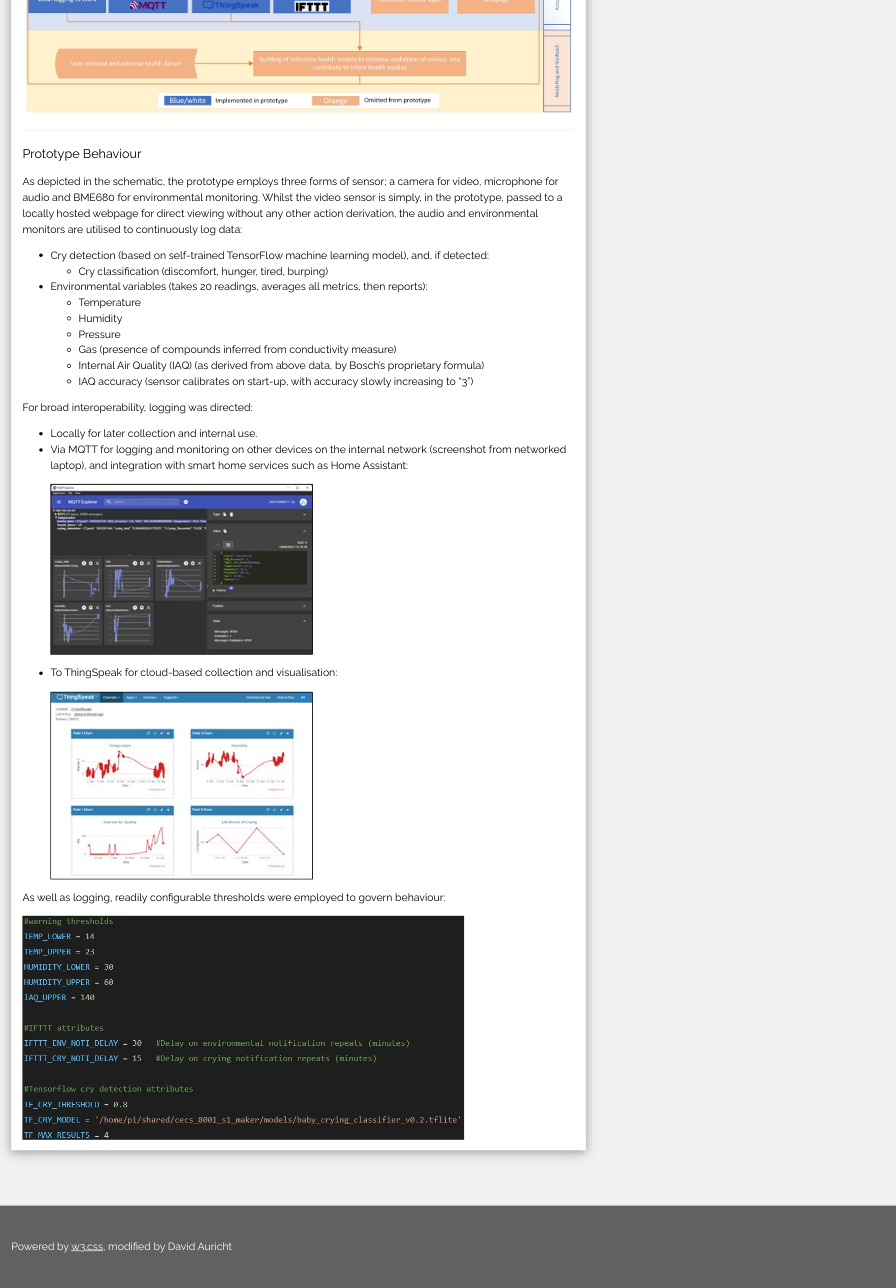
Repository: TodaysSawyer/cecs_8001_journal
Page: CECS_8001_build_journal/maker_project.html
These files come from the project's save history. The page is drawn as it stood at one moment and after the next save; the edit follows.
The browser window is 1280 px wide. The pictures show the part of the page from y = 1445 to 3365 px (the page is 3285 px tall before and 3365 px after), at 70% of full size.

Above is the page before, as saved 2022-08-23 10:39:50.

### CECS_8001_build_journal/maker_project.html
<!--Site layout and design credit goes to W3 Schools' "Blog template" from https://www.w3schools.com/w3css/tryw3css_templates_blog.htm-->
<!--Modifications and content by David Auricht-->

<!DOCTYPE html>
<html>
<head>
<title>David Auricht's Cybernetics Build Journal</title>
<meta charset="UTF-8">
<meta name="viewport" content="width=device-width, initial-scale=1">
<link rel="stylesheet" href="https://www.w3schools.com/w3css/4/w3.css">
<link rel="stylesheet" href="https://fonts.googleapis.com/css?family=Raleway">
<style>
body,h1,h2,h3,h4,h5 {font-family: "Raleway", sans-serif}
</style>
</head>
<body class="w3-light-grey">

<!-- w3-content defines a container for fixed size centered content,
and is wrapped around the whole page content, except for the footer in this example -->
<div class="w3-content" style="max-width:1400px">

<!-- Header -->
<header class="w3-container w3-center w3-padding-32">
  <h1><b>Master of Applied Cybernetics - CECS8001 – Build Journey</b></h1>
  <p>David Auricht - U7446851</p>
</header>

<!-- Grid -->
<div class="w3-row">

<!-- Blog entries -->
<div class="w3-col l8 s12">
  <!-- Blog entry -->
  <div class="w3-card-4 w3-margin w3-white">
    <div class="w3-container">
      <h3><b>Maker Project</b></h3>
    </div>

    <div class="w3-container">
      <h6>Covered: Skills 1, 2, 3</h6>
      <p>The Individual Maker Project was a key pressing matter and drew upon, to varying degrees, all three target skills. With a goal of building a “cybernetic” baby monitor, and in order of skills, I would need:</p>
      <ol>
        <li>Coding - writing a large library of bespoke Python, operating on a Raspberry Pi to support key objectives of environmental monitoring, cry detection and classification utilising a machine learning model, data logging and smart notifications, and a real-time video stream.</li>
        <li>Physical “making” - soldering sensors and mounting components.</li>
        <li>Project managing - setting a defined set of goals, working to an iterative model that aims to ensure a functional product at multiple intervals in line with hitting a strict demo-day deadline.</li>
      </ol>
      <p>I found myself barrelling down ever more rabbit holes as I iterated from a simple BME280-based environmental sensor to a fully-featured prototype. To extract from CECS6001 Assessment 2B writings:</p>
      <i>
        <p>In the prototype phase, boundaries of the product will be strictly defined by the creator. In particular, the functions that sit outside these boundaries are:</p>
        <ul>
          <li>Implementation of only a single degree of machine-learning enabled monitoring (audio).</li>
          <li>No dedicated web interface (although camera feed was made available in a simple webform).</li>
          <li>No dedicated applications for direct mobile interfacing.</li>
          <li>No analysis of captured data or cross-referencing with health studies and outcomes.</li>
          <li>No “feedback” of captured data or data analysis into the models and processes.</li>
        </ul>
        <p>Further to this, the physical design of the prototype is limited as a bare Raspberry Pi with USB microphone, wired and bare environmental sensor, and ribbon-connected, unhoused, camera.  The lack of housing, and inability to suitably mount the sensors without utilising twisted wire, is far from marketable or usable in an average household scenario.</p>
      </i>
      <p>Please refer to the following page for a schematic of the Maker Project, covering ultimate goal and prototype implementation, and feel free to review the committed code at <a href="https://gitlab.cecs.anu.edu.au/u7446851/cecs_8001_s1_maker" target="_blank">https://gitlab.cecs.anu.edu.au/u7446851/cecs_8001_s1_maker</a>(please ask me for access as required, as I’m not comfortable with making it public in the present state).</p>
      <p><a href = "maker_schematic.jpg" target = "_blank"><img src="maker_schematic.jpg" alt="Maker project: Overall schematic" style="width:100%" ></a></p>
      <hr>

      <h5>Prototype Behaviour</h5>
      <p>As depicted in the schematic, the prototype employs three forms of sensor; a camera for video, microphone for audio and BME680 for environmental monitoring. Whilst the video sensor is simply, in the prototype, passed to a locally hosted webpage for direct viewing without any other action derivation, the audio and environmental monitors are utilised to continuously log data:</p>
      <ul>
        <li>Cry detection (based on self-trained TensorFlow machine learning model), and, if detected:</li>
        <ul>
          <li>Cry classification (discomfort, hunger, tired, burping)</li>
        </ul>
        <li>Environmental variables (takes 20 readings, averages all metrics, then reports):</li>
        <ul>
          <li>Temperature</li>
          <li>Humidity</li>
          <li>Pressure</li>
          <li>Gas (presence of compounds inferred from conductivity measure)</li>
          <li>Internal Air Quality (IAQ) (as derived from above data, by Bosch’s proprietary formula)</li>
          <li>IAQ accuracy (sensor calibrates on start-up, with accuracy slowly increasing to “3”)</li>
        </ul>
      </ul>
      <p>For broad interoperability, logging was directed:</p>
      <ul>
        <li>Locally for later collection and internal use.</li>
        <li>Via MQTT for logging and monitoring on other devices on the internal network (screenshot from networked laptop), and integration with smart home services such as Home Assistant:</li>
        <p><img src="maker_mqtt.jpg" alt="Maker project: MQTT logging" style="width:50%" class="center"></p>
        <li>To ThingSpeak for cloud-based collection and visualisation:</li>
        <p><img src="maker_ts.jpg" alt="Maker project: ThingSpeak logging" style="width:50%" class="center"></p>
      </ul>
      <p>As well as logging, readily configurable thresholds were employed to govern behaviour:</p>
      <p><img src="maker_config.jpg" alt="Maker project: Configuration" style="width:80%" class="center"></p>


    </div>
  </div>
  <hr>
<!-- END BLOG ENTRIES -->
</div>

<!-- Sidebar -->
<div class="w3-col l4">
  <!-- About Card -->
  <div class="w3-card w3-margin w3-margin-top">
  <img src="home_dave_profile.jpg" style="width:100%">
    <div class="w3-container w3-white">
      <h4><b>Dave</b></h4>
      <p>"Recovering Professional Cynic"</p>
      <p>With a background in software testing, and management thereof, I come to the programme loking to hone broader interests in modern and emerging technologies and the benefits I hope they can provide to society.</p>
    </div>
  </div><hr>

  <!-- Posts -->
  <div class="w3-card w3-margin">
    <div class="w3-container w3-padding">
      <h4>Entries</h4>
    </div>
    <ul class="w3-ul w3-hoverable w3-white">
      <li>
         <a href="index.html" target="_self">
         <img src="sidebar_intro_icon.jpg" alt="Image" class="w3-left w3-margin-right" style="width:50px">
         <span class="w3-large">Intro</span><br>
         <span>An introduction to myself and my journal.</span>
         </a>
      </li>
      <li>
        <a href="skills.html" target="_self">
        <img src="skills_balloon.jpg" alt="Image" class="w3-left w3-margin-right" style="width:50px">
        <span class="w3-large">Skills</span><br>
        <span>An overview of "build" skills to be developed</span>
        </a>
     </li>
    </ul>
  </div>
  <hr>

<!-- END Sidebar -->
</div>

<!-- END GRID -->
</div><br>

<!-- END w3-content -->
</div>

<!-- Footer -->
<footer class="w3-container w3-dark-grey w3-padding-32 w3-margin-top">
  <p>Powered by <a href="https://www.w3schools.com/w3css/default.asp" target="_blank">w3.css</a>, modified by David Auricht</p>
</footer>

</body>
</html>

After the next save:
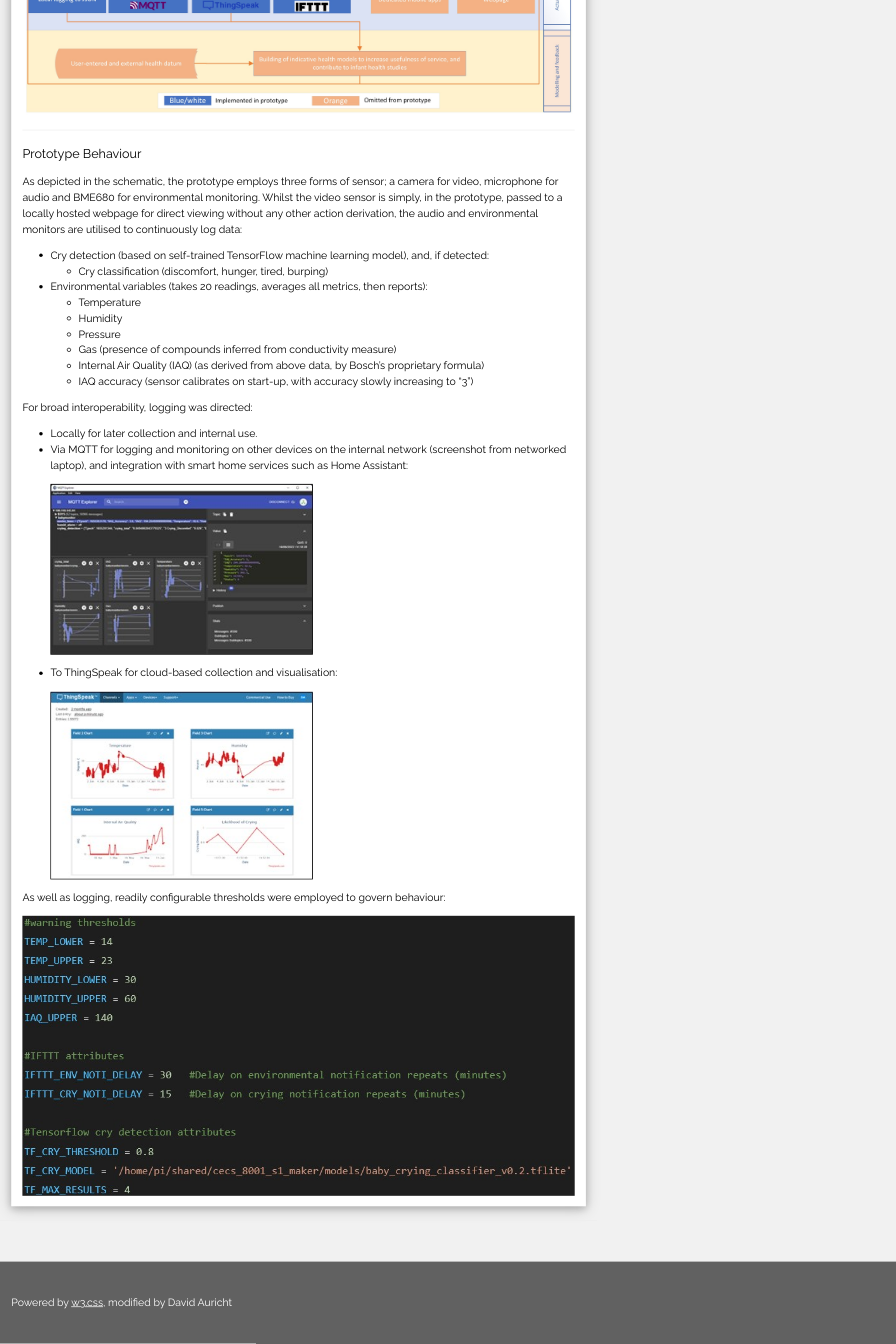
Saved 20 s later.
--- a/CECS_8001_build_journal/maker_project.html
+++ b/CECS_8001_build_journal/maker_project.html
@@ -86,7 +86,7 @@
         <p><img src="maker_ts.jpg" alt="Maker project: ThingSpeak logging" style="width:50%" class="center"></p>
       </ul>
       <p>As well as logging, readily configurable thresholds were employed to govern behaviour:</p>
-      <p><img src="maker_config.jpg" alt="Maker project: Configuration" style="width:80%" class="center"></p>
+      <p><img src="maker_config.jpg" alt="Maker project: Configuration" style="width:100%" class="center"></p>
 
 
     </div>
